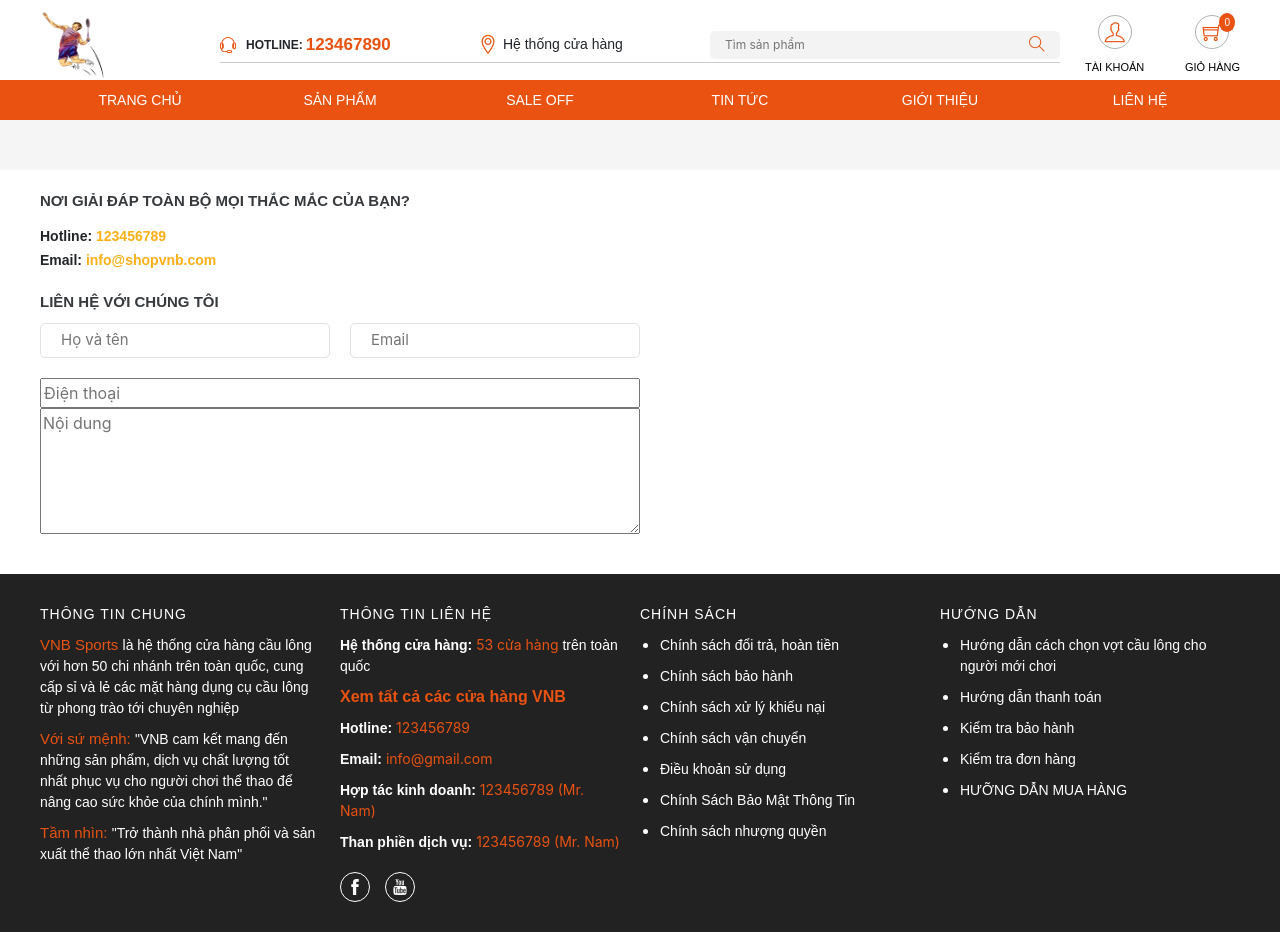
Repository: Namtran3107/CauLongSo1
Page: contact.html
The author's editor kept a copy of each file at every save. The page is drawn from the files as they stood at one save, then again after the next save.
The browser window is 1280 px wide. The pictures show the whole page.

Above is the page before, as saved 2022-12-10 13:48:48.

After the next save:
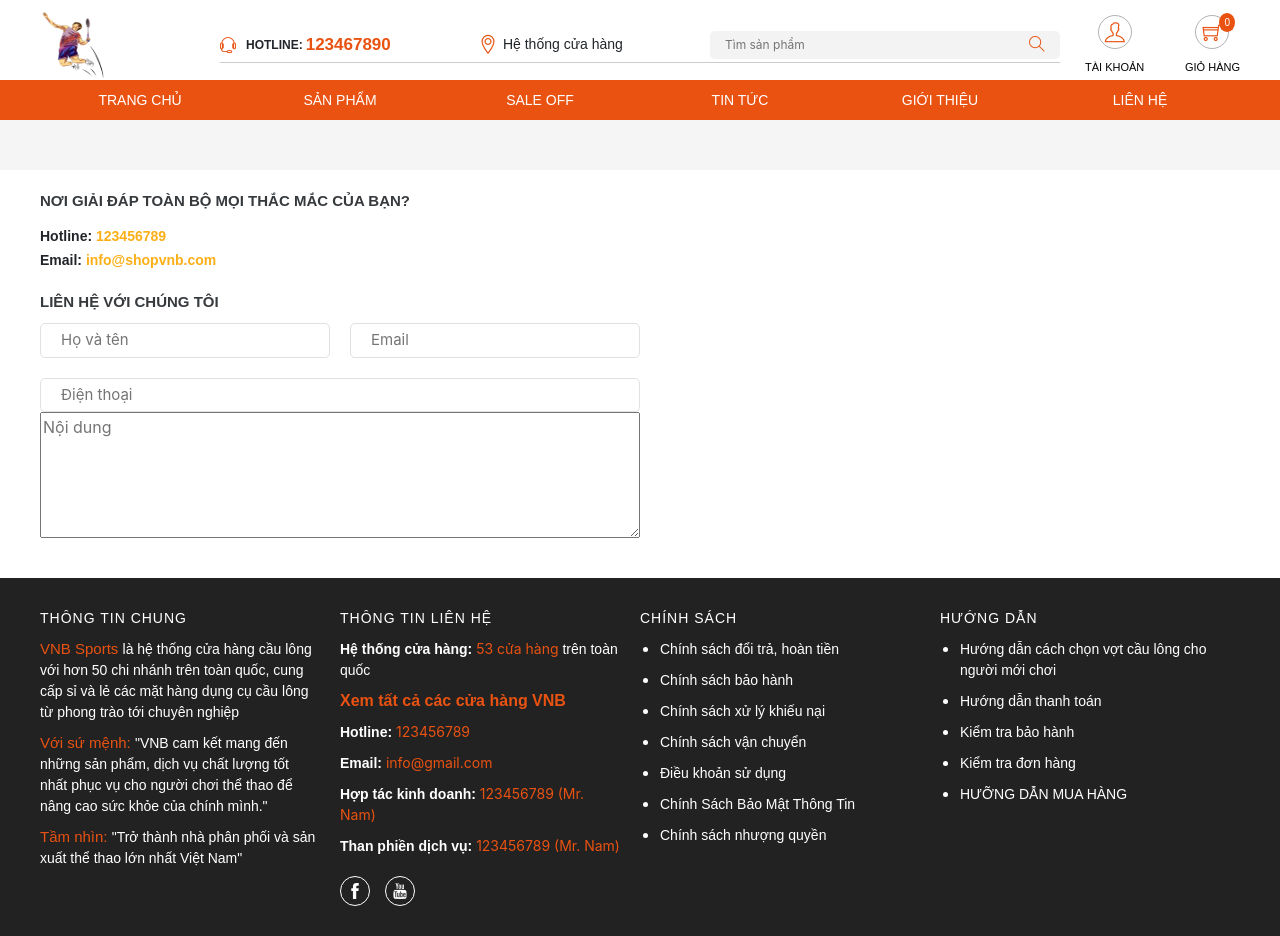
Saved 28 s later.
--- a/contact.css
+++ b/contact.css
@@ -41,6 +41,13 @@
     border-radius: 5px;
     border: 1px solid #e1e1e1;
 }
+.contact-input-number{
+    padding: 5px 20px;
+    outline: none;
+    font-size: 15px;
+    border-radius: 5px;
+    border: 1px solid #e1e1e1;
+}
 .contact-input-name-and-email-all{
     display: flex;
     justify-content: space-between;
